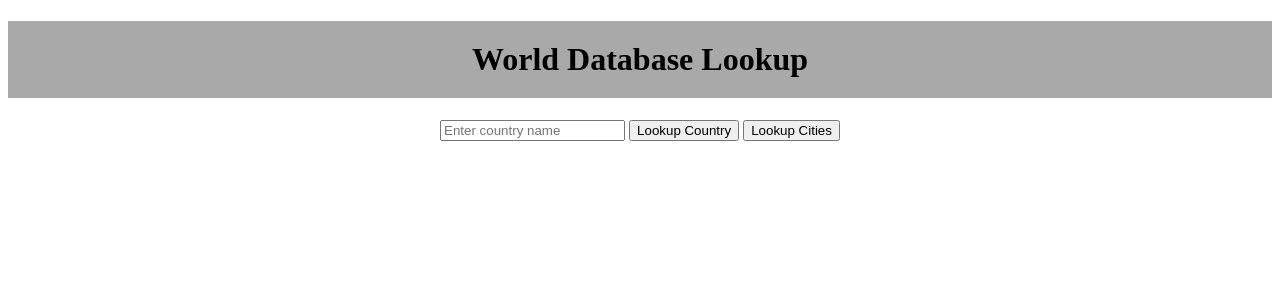
Repository: RomarioBennett/info2180-lab7
Page: index.html
The author's editor kept a record of every edit. The page is drawn from the files as they stood at one moment, then again after the next edit.
The browser window is 1280 px wide. The pictures show the whole page.

Above is the page before.

After the next edit:
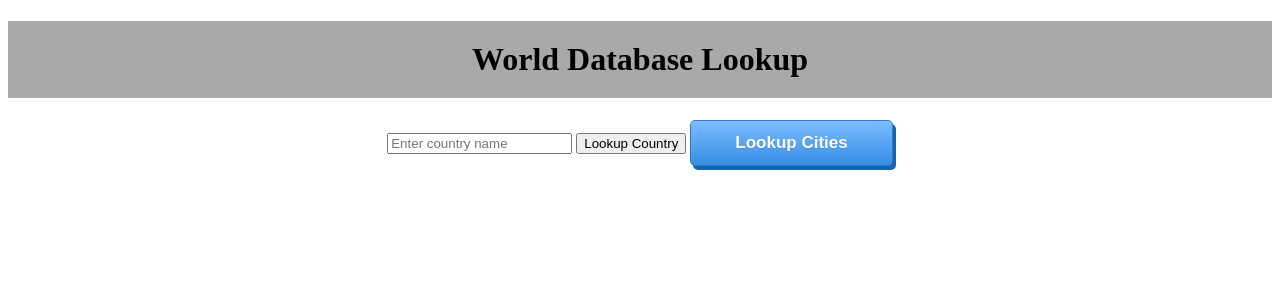
The edit:
--- a/world.css
+++ b/world.css
@@ -92,7 +92,7 @@
 }
 
 
-.lookupcBttn {
+.lookupcB {
 	box-shadow: 3px 4px 0px 0px #1564ad;
 	background:linear-gradient(to bottom, #79bbff 5%, #378de5 100%);
 	background-color:#79bbff;

After the 4 edits that followed:
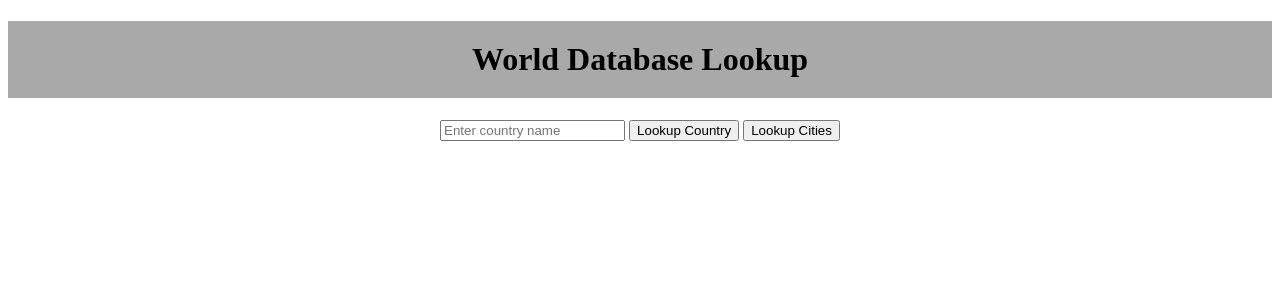
The 4 edits are shown as one change because 3 left the picture as it was.
The edit:
--- a/world.css
+++ b/world.css
@@ -92,7 +92,7 @@
 }
 
 
-.lookupcB {
+.lookupc {
 	box-shadow: 3px 4px 0px 0px #1564ad;
 	background:linear-gradient(to bottom, #79bbff 5%, #378de5 100%);
 	background-color:#79bbff;
@@ -108,11 +108,11 @@
 	text-decoration:none;
 	text-shadow:0px 1px 0px #528ecc;
 }
-.lookupcBttn:hover {
+.lookupcB:hover {
 	background:linear-gradient(to bottom, #378de5 5%, #79bbff 100%);
 	background-color:#378de5;
 }
-.lookupcBttn:active {
+.lookupcB:active {
 	position:relative;
 	top:1px;
 }
